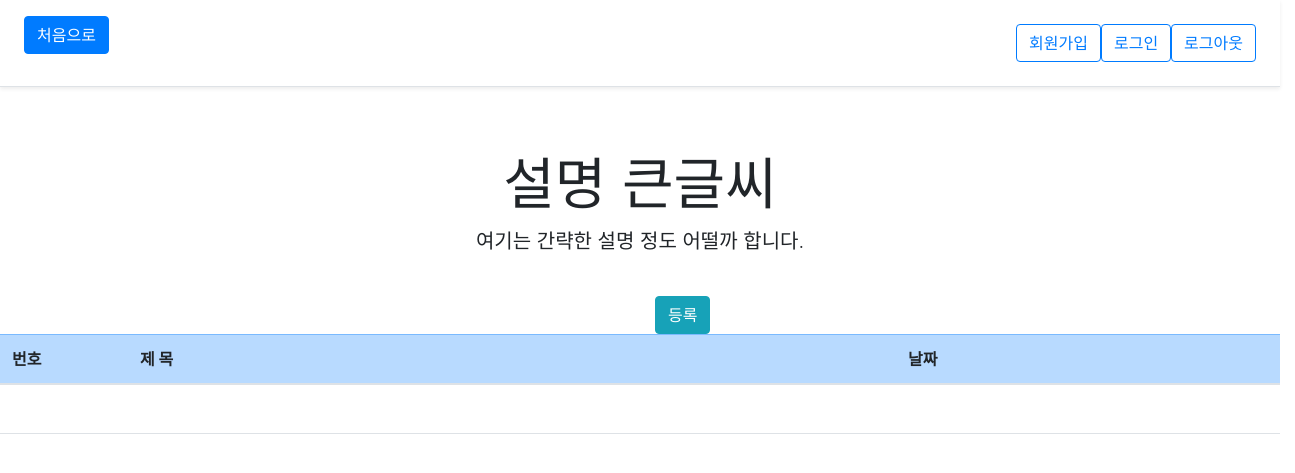
Repository: SettingRhino/innogleantmanager
Page: http://localhost/antmanager/WEB-INF/views/diary.jsp
These files come from the project's save history. The page is drawn as it stood at one moment and after the next save; the edit follows.
The browser window is 1280 px wide. The page is 1295 px wide, so the pictures cover 1295 px, including what lies to the right of the window. The pictures show the whole page.
The page is served by Tomcat 9. Nobody is signed in. The template is opened directly, without the code that normally fills it, so the values that code supplies are empty.

Above is the page before, as saved 2020-06-09 02:30:27.

After the next save:
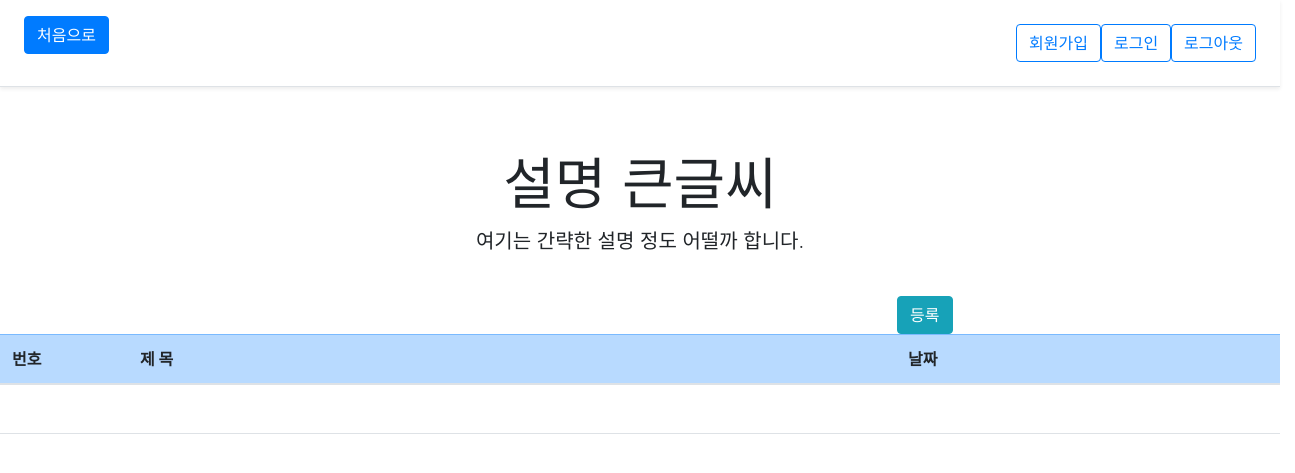
Saved 10 s later.
--- a/antmanager/src/main/webapp/WEB-INF/views/diary.jsp
+++ b/antmanager/src/main/webapp/WEB-INF/views/diary.jsp
@@ -66,10 +66,9 @@
 	<div class="row">
 		<div class="col-lg-3"></div>
 		<div class="col-lg-3"></div>
-		<div class="col-lg-3">
+		<div class="col-lg-3" align="right">
 			<a href="<c:url value="/diary/edit"/>" class="btn btn-info" role="button">등록</a>
 		</div>
-		<div class="col-lg-3"></div>
 	</div>
 	<table class="table">
 		<thead>
